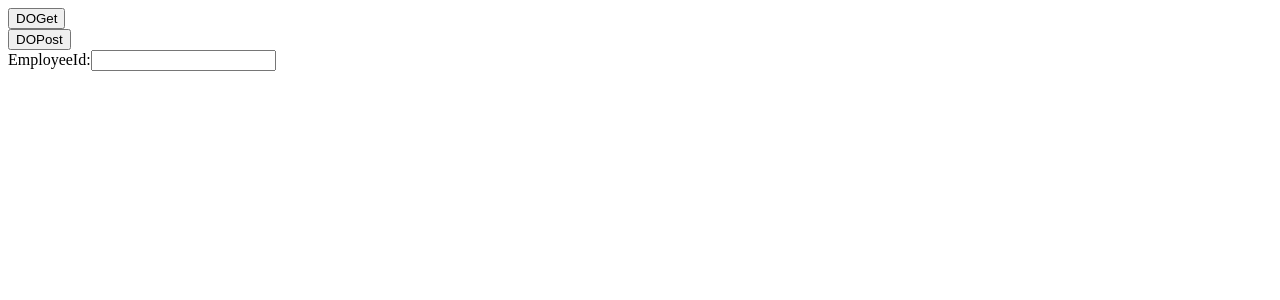
Repository: sandeep27y/EmployeeApplicationServelet
Page: Maven-Servlets-June 8th/EmployeeApplication/src/main/webapp/First.html
The author's editor kept a copy of each file at every save. The page is drawn from the files as they stood at one save, then again after the next save.
The browser window is 1280 px wide. The pictures show the whole page.

Above is the page before, as saved 2017-06-08 17:54:31.

### Maven-Servlets-June 8th/EmployeeApplication/src/main/webapp/First.html
<!DOCTYPE html>
<html>
<head>
<meta charset="ISO-8859-1">
<title>Insert title here</title>
</head>
<body>
<form action="/EmployeeApplication/employeeget.do" method="get">
<input type="Submit" value="DOGet">
</form>
<form action="/EmployeeApplication/employeepost.do" method="post">
<input type="Submit" value="DOPost">
</form>
<form action="/EmployeeApplication/employeeInformation.do" method="post">
EmployeeId:<input type="text" name="employeeID">
</form>
</body>
</html>

After the next save:
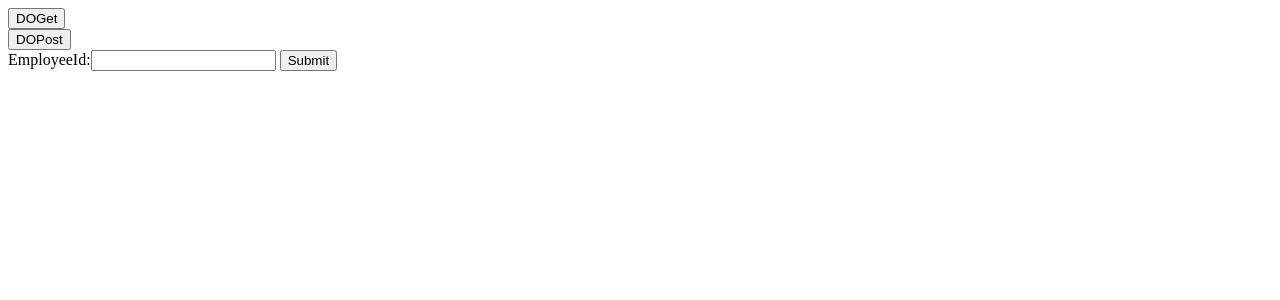
Saved 53 s later.
--- a/Maven-Servlets-June 8th/EmployeeApplication/src/main/webapp/First.html
+++ b/Maven-Servlets-June 8th/EmployeeApplication/src/main/webapp/First.html
@@ -13,6 +13,7 @@
 </form>
 <form action="/EmployeeApplication/employeeInformation.do" method="post">
 EmployeeId:<input type="text" name="employeeID">
+<input type="Submit" value="Submit">
 </form>
 </body>
 </html>
